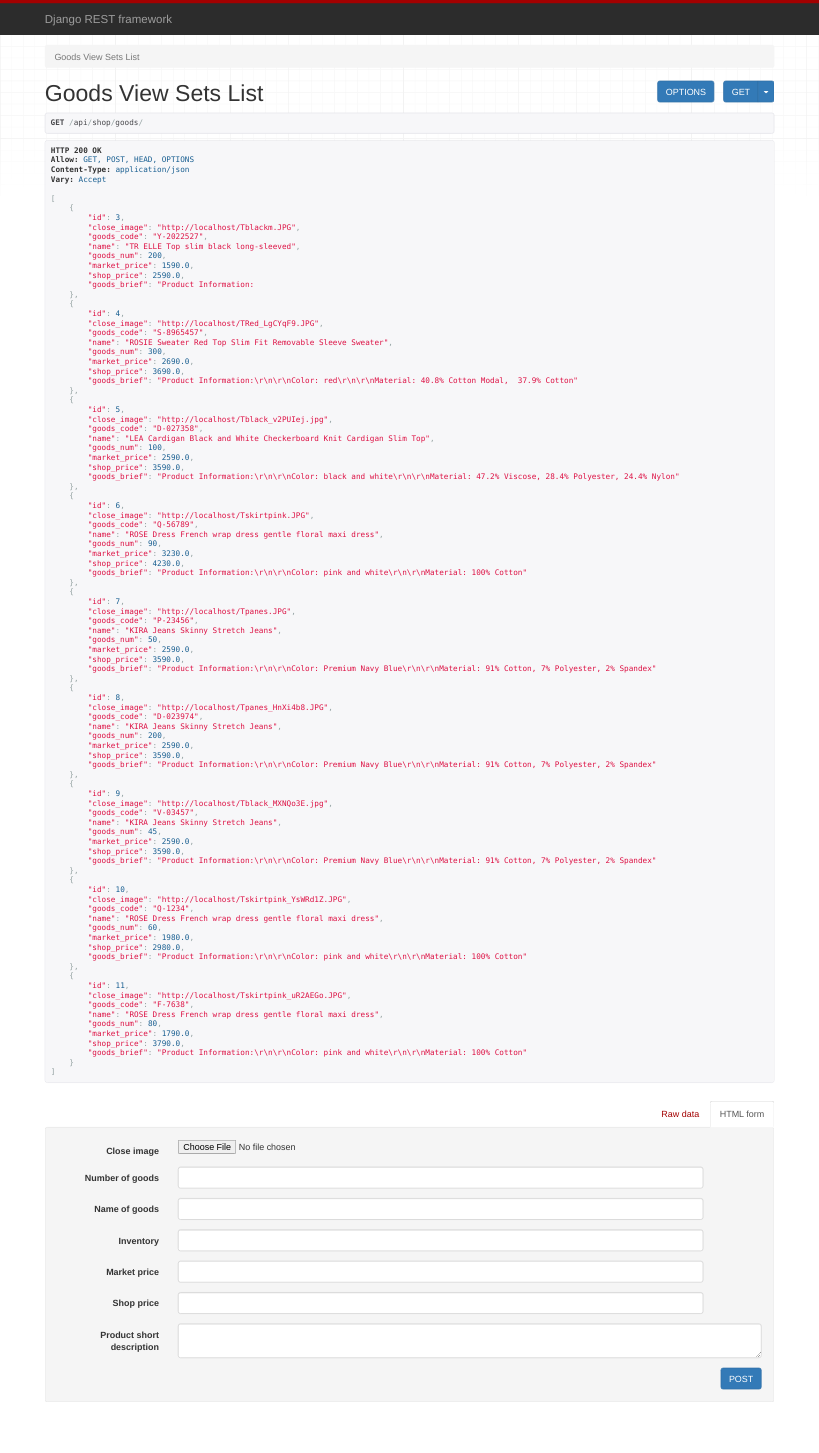
Repository: Sunxu001/OnlineShop-Backend
Page: http://localhost/api/shop/goods/
These files come from the project's save history. The page is drawn as it stood at one moment and after the next save; the edit follows.
The browser window is 1280 px wide. The pictures show the whole page, at 64% of full size.
Backgrounds fixed to the window are drawn as part of the page. The page is served by the project's application, run on Django 4.2 (manage.py). Other server files are loaded and not shown. The page reads the database file committed with the project.

Above is the page before, as saved 2022-05-27 18:39:26.

### WEB-PROJECT/shop/models.py
from termios import CREAD
from unicodedata import name
from django.db import models
from django.contrib.auth.models import AbstractUser
import hashlib

# Create your models here.
class Order(models.Model):
    CASH = 'cash'
    CRAD = 'card'
    PAYPAL = 'paypal'
    PAY_TYPE = (
        (CASH,"cash"),
        (CRAD, "card"),
        (PAYPAL,"paypal"),
    )
    family_name = models.CharField( max_length=50, blank=False, null=False)
    first_name = models.CharField( max_length=50, blank=False, null=False)
    email = models.EmailField()
    phone = models.CharField(max_length=11, verbose_name="phone number", default="")
    address = models.CharField(max_length=200)
    quantity = models.IntegerField("Purchase quantity",default=0)
    pay_type = models.CharField("pay type",choices=PAY_TYPE, default="card",max_length=10)
    order_mount = models.FloatField("order mount",default=0.0)

def __str__(self):
    return f"{self.famliy_name} {self.first_name}"

class Login(models.Model):
    phone = models.CharField(max_length=11, verbose_name="phone number", default="")
    password = models.CharField(max_length=20)

def __str__(self):
    return f"{self.phone}"

class Subscription(models.Model):
    name = models.CharField( max_length=200, blank=False, null=False)
    email = models.EmailField()
    phone = models.CharField(max_length=11, verbose_name="phone number", default="")
def __str__(self):
    return f"{self.email}"

class Goods(models.Model):
    close_image = models.ImageField()
    goods_code = models.CharField("number of goods", max_length=50, default="")
    name = models.CharField("name of goods", max_length=100, )
    goods_num = models.IntegerField("Inventory", default=0)
    market_price = models.FloatField("market price", default=0)
    shop_price = models.FloatField("shop price", default=0)
    goods_brief = models.TextField("Product short description", max_length=500)

    def __str__(self):
        return self.name

### WEB-PROJECT/shop/serializers.py
from dataclasses import field, fields
from pyexpat import model
from rest_framework import serializers
from shop import models as shop_models

class GoodsSerializer(serializers.ModelSerializer):
    class Meta:
        model = shop_models.Goods
        fields = '__all__'

### WEB-PROJECT/shop/views.py
from django.shortcuts import render, HttpResponse
from rest_framework import viewsets
from shop import models as shop_models
from shop import serializers as shop_serializers




# Create your views here.
class GoodsViewSets(viewsets.ModelViewSet):
    queryset = shop_models.Goods.objects.all()
    serializer_class = shop_serializers.GoodsSerializer



def home_page(request):
    return render(request, 'index.html')

def new_page(request):
    return render(request, 'new.html')

def cloes_page(request):
    return render(request, 'cloes.html')

def login_page(request):
    return render(request, 'login.html')

def message_page(request):
    return render(request, 'message.html')

def order_page(request):
    return render(request, 'order.html')

def pay_page(request):
    return render(request, 'pay.html')

### WEB-PROJECT/brand/urls.py
"""brand URL Configuration

The `urlpatterns` list routes URLs to views. For more information please see:
    https://docs.djangoproject.com/en/4.0/topics/http/urls/
Examples:
Function views
    1. Add an import:  from my_app import views
    2. Add a URL to urlpatterns:  path('', views.home, name='home')
Class-based views
    1. Add an import:  from other_app.views import Home
    2. Add a URL to urlpatterns:  path('', Home.as_view(), name='home')
Including another URLconf
    1. Import the include() function: from django.urls import include, path
    2. Add a URL to urlpatterns:  path('blog/', include('blog.urls'))
"""
from django.contrib import admin
from django import urls
from django.urls import path, include
from shop.views import home_page, new_page, cloes_page, login_page, message_page, order_page, pay_page
from django.conf.urls.static import static
from django.conf import settings


urlpatterns = [
    path('admin/', admin.site.urls),
    path('api/', include('shop.urls'), name="api"),
    path('', home_page, name="home"),
    path('new/',new_page, name="new"),
    path('cloes/',cloes_page, name="cloes"),
    path('login/',login_page, name="login"),
    path('message/',message_page, name="message"),
    path('order/',order_page, name="order"),
    path('pay/',pay_page, name="pay"),


]+ static(settings.STATIC_URL,document_root = settings.STATIC_ROOT)

### WEB-PROJECT/shop/urls.py
from django import urls
from django.contrib import admin
from django.urls import path, include
from rest_framework import routers
from shop import views as shop_views
from .import views
router = routers.SimpleRouter()

router.register(r'goods', shop_views.GoodsViewSets)

urlpatterns = [
    path('shop/', include(router.urls)),
]

### WEB-PROJECT/db.sqlite3 (the tables this page reads, as SQL)
CREATE TABLE "shop_goods" ("id" integer NOT NULL PRIMARY KEY AUTOINCREMENT, "close_image" varchar(100) NOT NULL, "goods_code" varchar(50) NOT NULL, "name" varchar(100) NOT NULL, "goods_num" integer NOT NULL, "market_price" real NOT NULL, "shop_price" real NOT NULL, "goods_brief" text NOT NULL);
INSERT INTO "shop_goods" VALUES
(3, 'Tblackm.JPG', 'Y-2022527', 'TR ELLE Top slim black long-sleeved', 200, 1590.0, 2590.0, 'Product Information:                                                                                                                                                                                   
Colour: Black
Material: 88% Cotton, 12% Polyester'),
(4, 'TRed_LgCYqF9.JPG', 'S-8965457', 'ROSIE Sweater Red Top Slim Fit Removable Sleeve Sweater', 300, 2690.0, 3690.0, 'Product Information:

Color: red

Material: 40.8% Cotton Modal,  37.9% Cotton'),
(5, 'Tblack_v2PUIej.jpg', 'D-027358', 'LEA Cardigan Black and White Checkerboard Knit Cardigan Slim Top', 100, 2590.0, 3590.0, 'Product Information:

Color: black and white

Material: 47.2% Viscose, 28.4% Polyester, 24.4% Nylon'),
(6, 'Tskirtpink.JPG', 'Q-56789', 'ROSE Dress French wrap dress gentle floral maxi dress', 90, 3230.0, 4230.0, 'Product Information:

Color: pink and white

Material: 100% Cotton'),
(7, 'Tpanes.JPG', 'P-23456', 'KIRA Jeans Skinny Stretch Jeans', 50, 2590.0, 3590.0, 'Product Information:

Color: Premium Navy Blue

Material: 91% Cotton, 7% Polyester, 2% Spandex'),
(8, 'Tpanes_HnXi4b8.JPG', 'D-023974', 'KIRA Jeans Skinny Stretch Jeans', 200, 2590.0, 3590.0, 'Product Information:

Color: Premium Navy Blue

Material: 91% Cotton, 7% Polyester, 2% Spandex'),
(9, 'Tblack_MXNQo3E.jpg', 'V-03457', 'KIRA Jeans Skinny Stretch Jeans', 45, 2590.0, 3590.0, 'Product Information:

Color: Premium Navy Blue

Material: 91% Cotton, 7% Polyester, 2% Spandex'),
(10, 'Tskirtpink_YsWRd1Z.JPG', 'Q-1234', 'ROSE Dress French wrap dress gentle floral maxi dress', 60, 1980.0, 2980.0, 'Product Information:

Color: pink and white

Material: 100% Cotton'),
(11, 'Tskirtpink_uR2AEGo.JPG', 'F-7638', 'ROSE Dress French wrap dress gentle floral maxi dress', 80, 1790.0, 3790.0, 'Product Information:

Color: pink and white

Material: 100% Cotton');

After the next save:
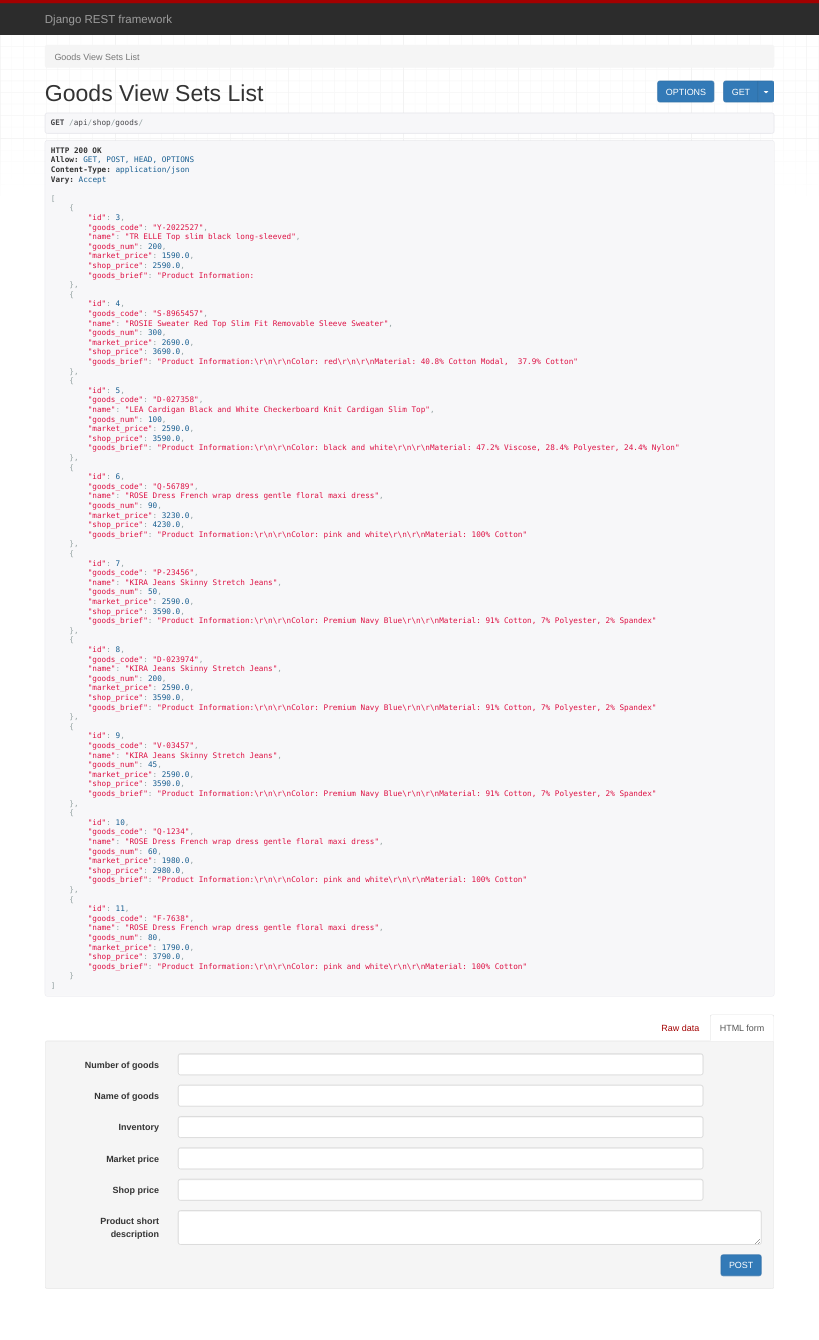
Saved 20 h 7 min later.
--- a/WEB-PROJECT/shop/models.py
+++ b/WEB-PROJECT/shop/models.py
@@ -41,7 +41,7 @@
     return f"{self.email}"
 
 class Goods(models.Model):
-    close_image = models.ImageField()
+
     goods_code = models.CharField("number of goods", max_length=50, default="")
     name = models.CharField("name of goods", max_length=100, )
     goods_num = models.IntegerField("Inventory", default=0)

After the 2 saves that followed:
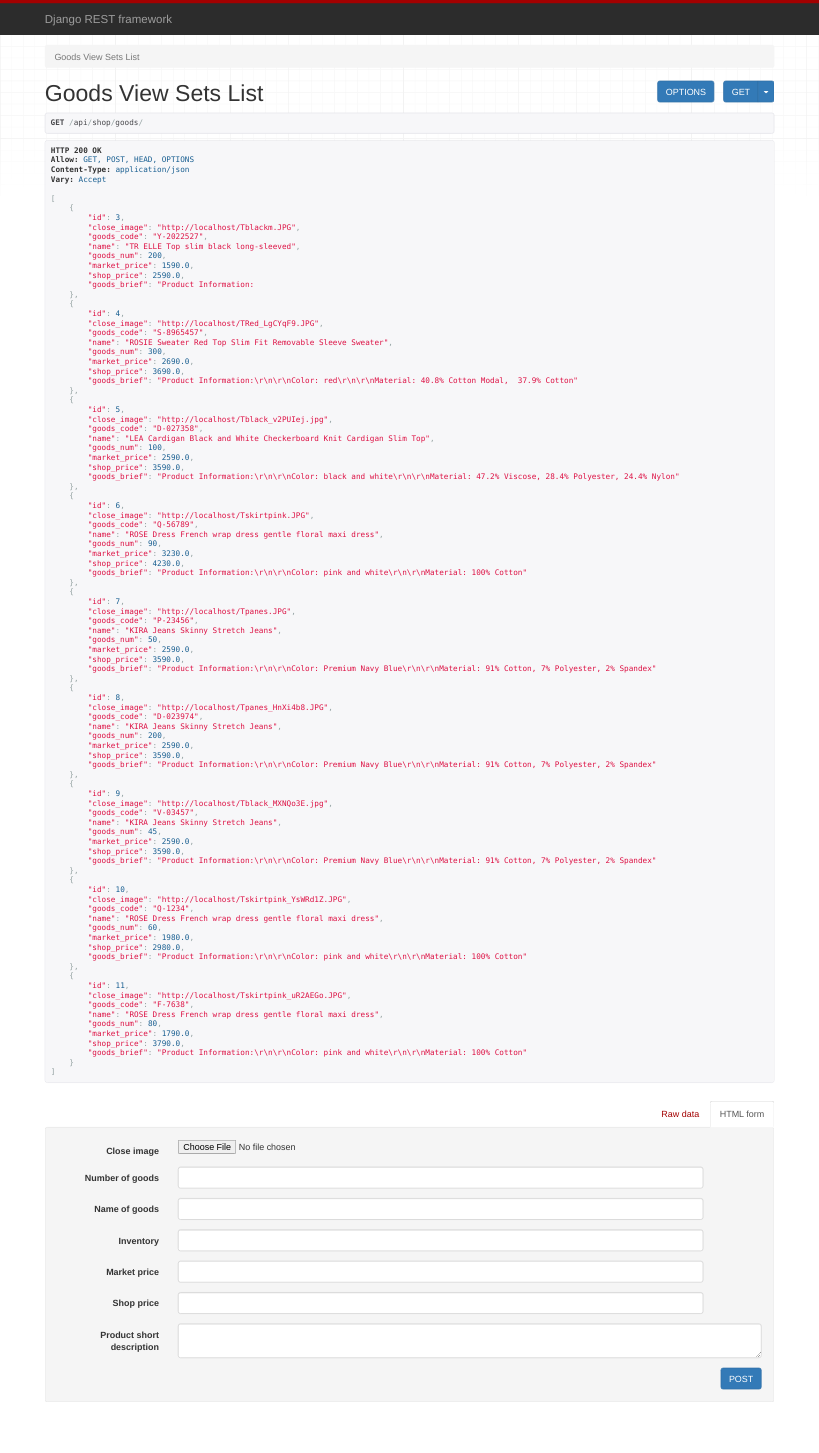
The 2 saves are shown as one change because 1 did not build or start.
The last was saved 21 s later.
--- a/WEB-PROJECT/shop/models.py
+++ b/WEB-PROJECT/shop/models.py
@@ -41,7 +41,7 @@
     return f"{self.email}"
 
 class Goods(models.Model):
-
+    close_image = models.ImageField()
     goods_code = models.CharField("number of goods", max_length=50, default="")
     name = models.CharField("name of goods", max_length=100, )
     goods_num = models.IntegerField("Inventory", default=0)
